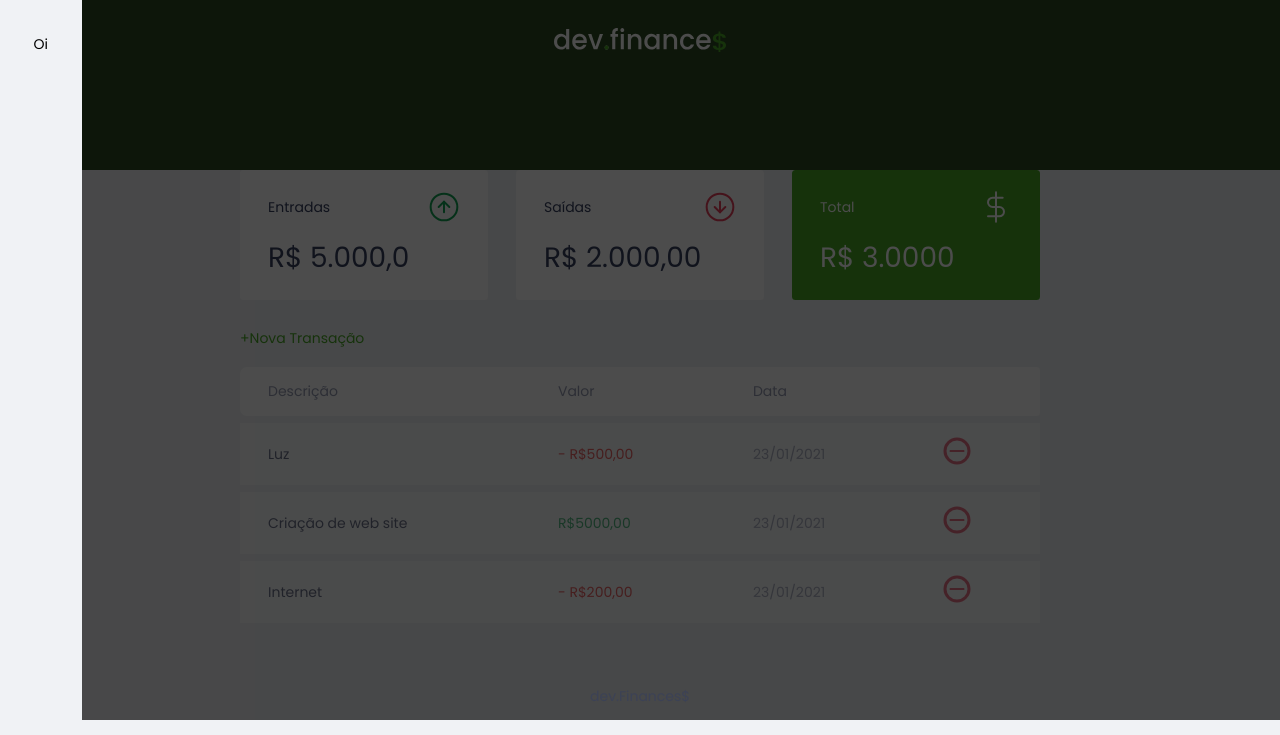
Repository: rafaelmgr12/maratona-dev01
Page: index.html
The author's editor kept a copy of each file at every save. The page is drawn from the files as they stood at one save, then again after the next save.
The browser window is 1280 px wide. The pictures show the whole page.

Above is the page before, as saved 2021-04-28 11:15:16.

After the next save:
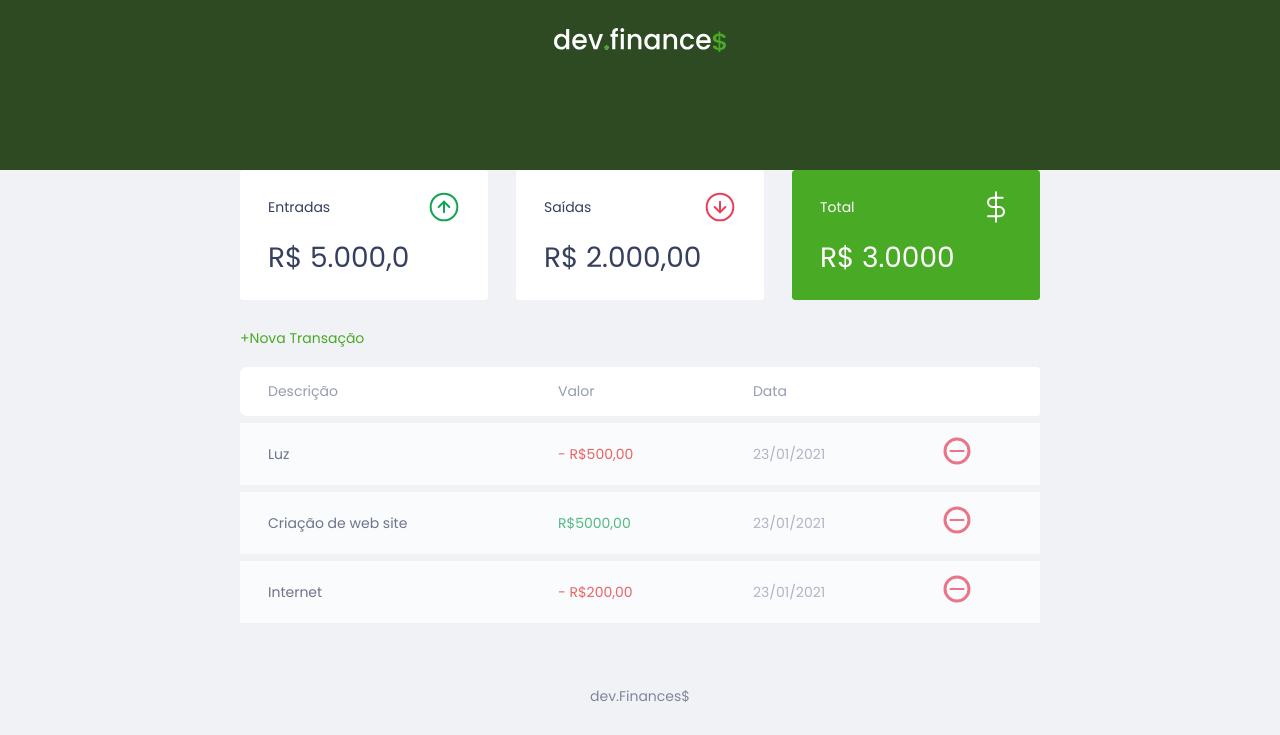
Saved 4 min 41 s later.
--- a/style.css
+++ b/style.css
@@ -174,14 +174,21 @@ td.expense {
   position: fixed;
   top: 0;
 
-  display:flex
+  display:flex;
+  align-items: center;
+  justify-content: center;
+
+  opacity: 0;
+  visibility: hidden
+}
+.modal-overlay.active {
+  opacity: 1,
+  visibility : visible;
 }
 .modal{
   background : #f0f2f5;
   padding : 2.4rem;
   position: relative;
-
-
 }
 
 
